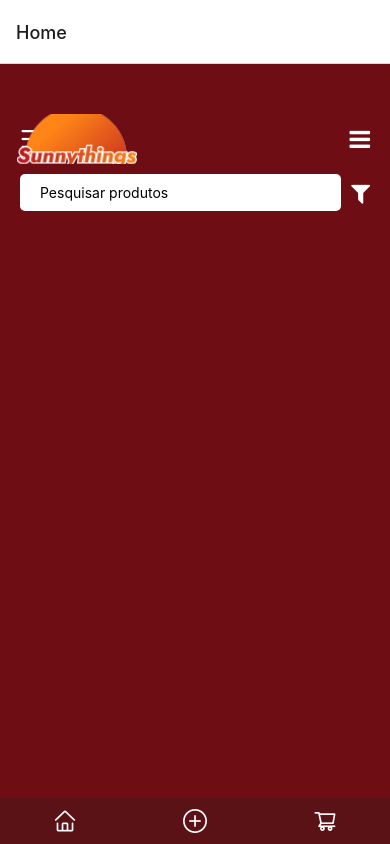
Repository: Luizzzin/SuperMercado
Screen: / (app in suny/)
These files come from the project's save history. The screen is drawn as it stood at one moment and after the next save; the edit follows.
The app was drawn by React Native's web renderer in a window 390 px wide. The project was rebuilt for these pictures with package versions that can differ from the ones it lists, and the page was loaded fresh each time.

Above is the screen before, as saved 2024-05-09 11:24:51.

After the next save:
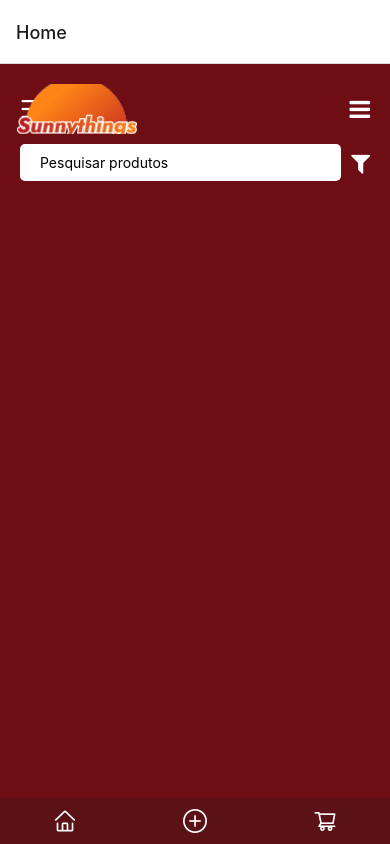
Saved 15 s later.
--- a/suny/HomeScreen.js
+++ b/suny/HomeScreen.js
@@ -63,7 +63,7 @@
     justifyContent: 'space-between',
     alignItems: 'center',
     paddingHorizontal: 20,
-    paddingTop: 50,
+    paddingTop: 20,
   },
   logo: {
     width: 120,
